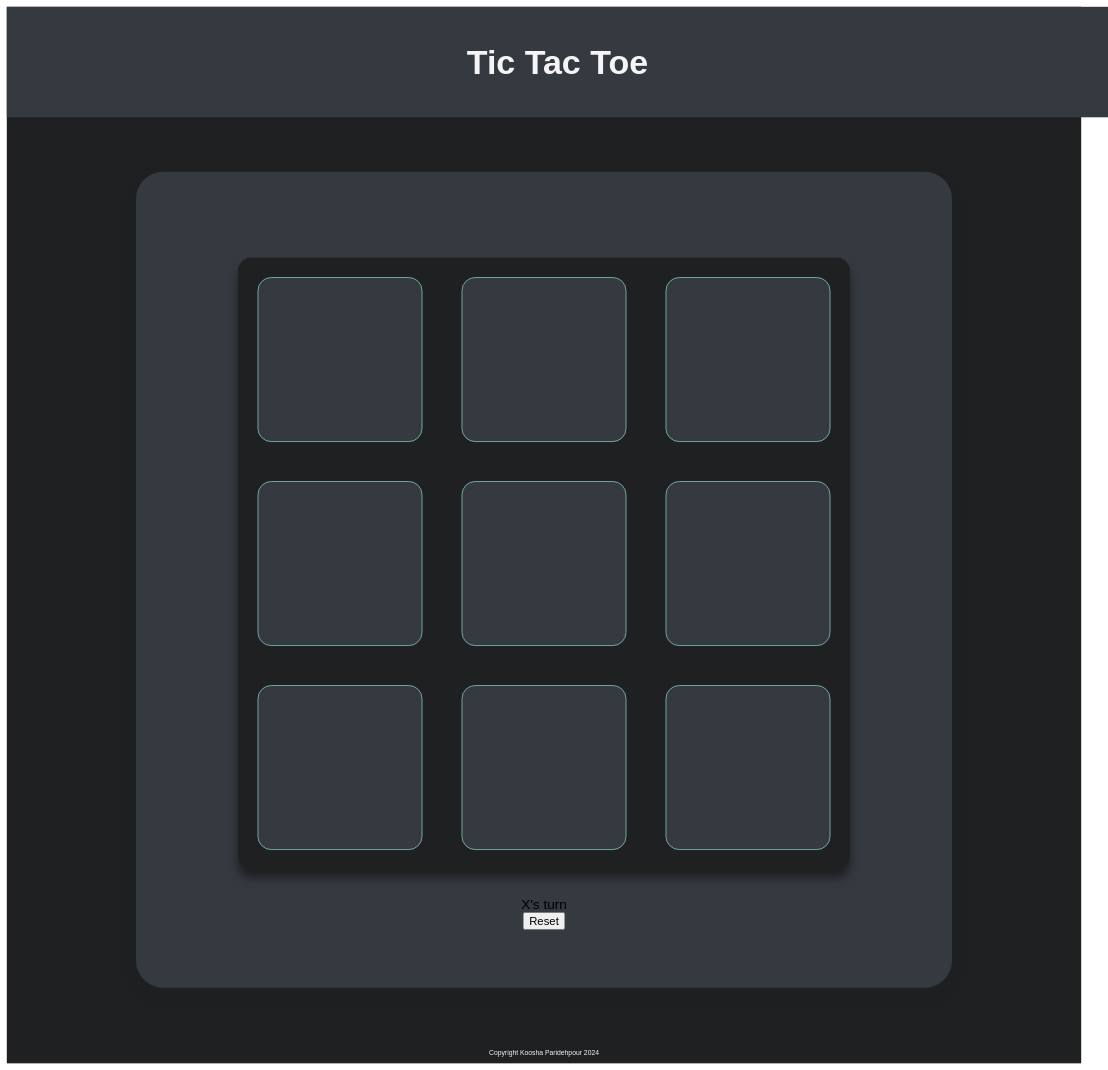
Repository: KooshaPari/odin-TTT
Page: index.html
The author's editor kept a copy of each file at every save. The page is drawn from the files as they stood at one save, then again after a run of saves.
The browser window is 1280 px wide. The page is 1304 px wide, so the pictures cover 1304 px, including what lies to the right of the window. The pictures show the whole page, at 85% of full size.

Above is the page before, as saved 2024-03-14 23:44:06.

After the next 2 saves:
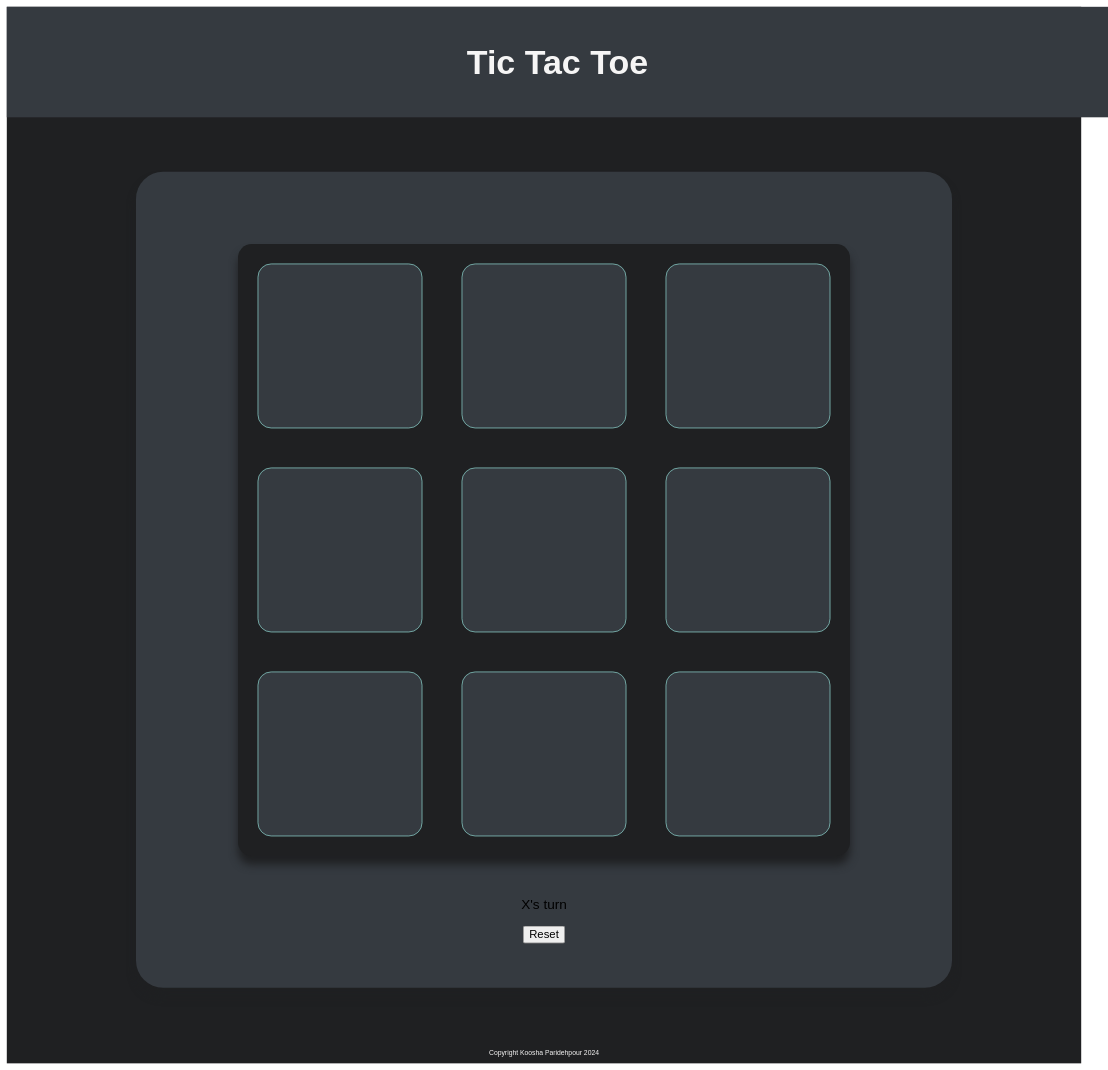
The 2 saves are shown as one change because they came seconds apart.
The last was saved 36 s later.
--- a/style.css
+++ b/style.css
@@ -152,4 +152,4 @@
   -ms-transform: scale(1.1) translate(0, 0.5em);
   -o-transform: scale(1.1) translate(0, 0.5em);
 }
-.reset{color:red;}
+#status{padding:1em;}
